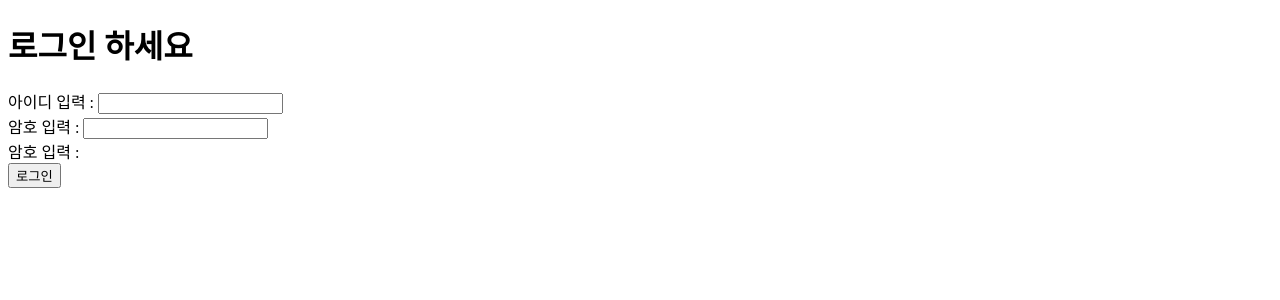
Repository: zwundzwzig/STARTERS
Page: workspace_webserver/servelettest/src/main/webapp/login_js.html
An editor plug-in stored every save of this project. The page is shown before and after the next save, followed by the edit.
The browser window is 1280 px wide. The pictures show the whole page.

Above is the page before, as saved 2023-01-04 04:34:39.

After the next save:
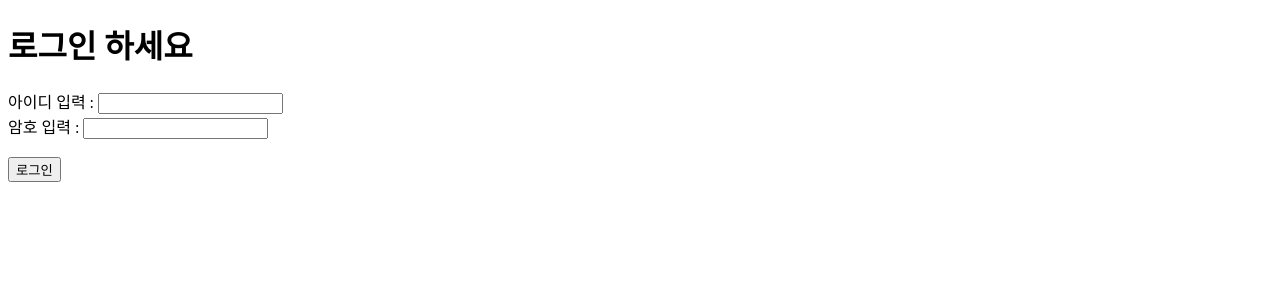
Saved 6 s later.
--- a/workspace_webserver/servelettest/src/main/webapp/login_js.html
+++ b/workspace_webserver/servelettest/src/main/webapp/login_js.html
@@ -11,7 +11,7 @@
 			<br />
 			암호 입력 : <input type="password" name="pw" />
 			<br />
-			암호 입력 : <input type="hidden" name="role" value="" />
+			<input type="hidden" name="role" value="" />
 			<br />
 			<input type="submit" value="로그인" />
 		</form>
